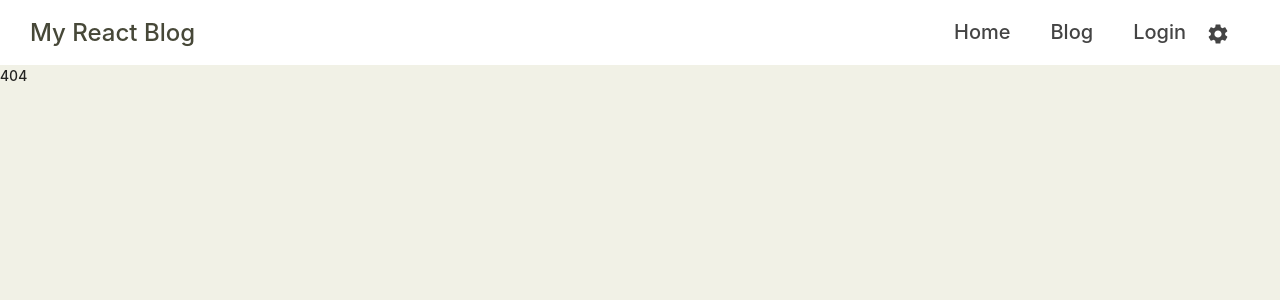
Repository: Kaycee-attah/react_blog
Page: /
An editor plug-in stored every save of this project. The page is shown before and after the next save, followed by the edit.
The browser window is 1280 px wide. The pictures show the whole page.
The project was rebuilt for these pictures with package versions that can differ from the ones it lists, and the page was loaded fresh each time.

Above is the page before, as saved 2021-10-09 21:37:51.

After the next save:
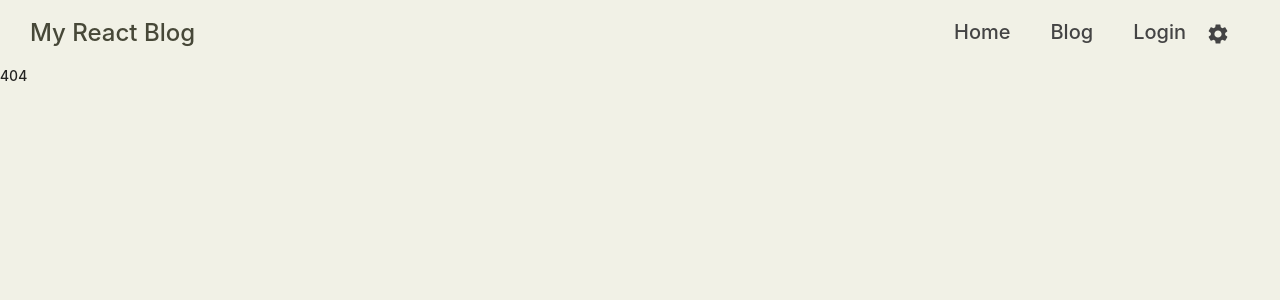
Saved 2 min 11 s later.
--- a/src/assets/scss/_variables.scss
+++ b/src/assets/scss/_variables.scss
@@ -5,7 +5,7 @@ $text-color: #65312F;
 $input-type-checkbox-Checked: #f8f8f8;
 $navigation-link-color-onHover: #2997ff;
 $navigation-link-color: #444;
-$navigation-background-color: white;
+$navigation-background-color: e6e6e6;
 $settings-dropDown-Menu-Card-backGroundColor: #f8f8f8;
 $settings-dropDown-Menu-backGroundColor: white;
 $toggle-checkbox-darkMode-backgroundColor: #092c3e;
